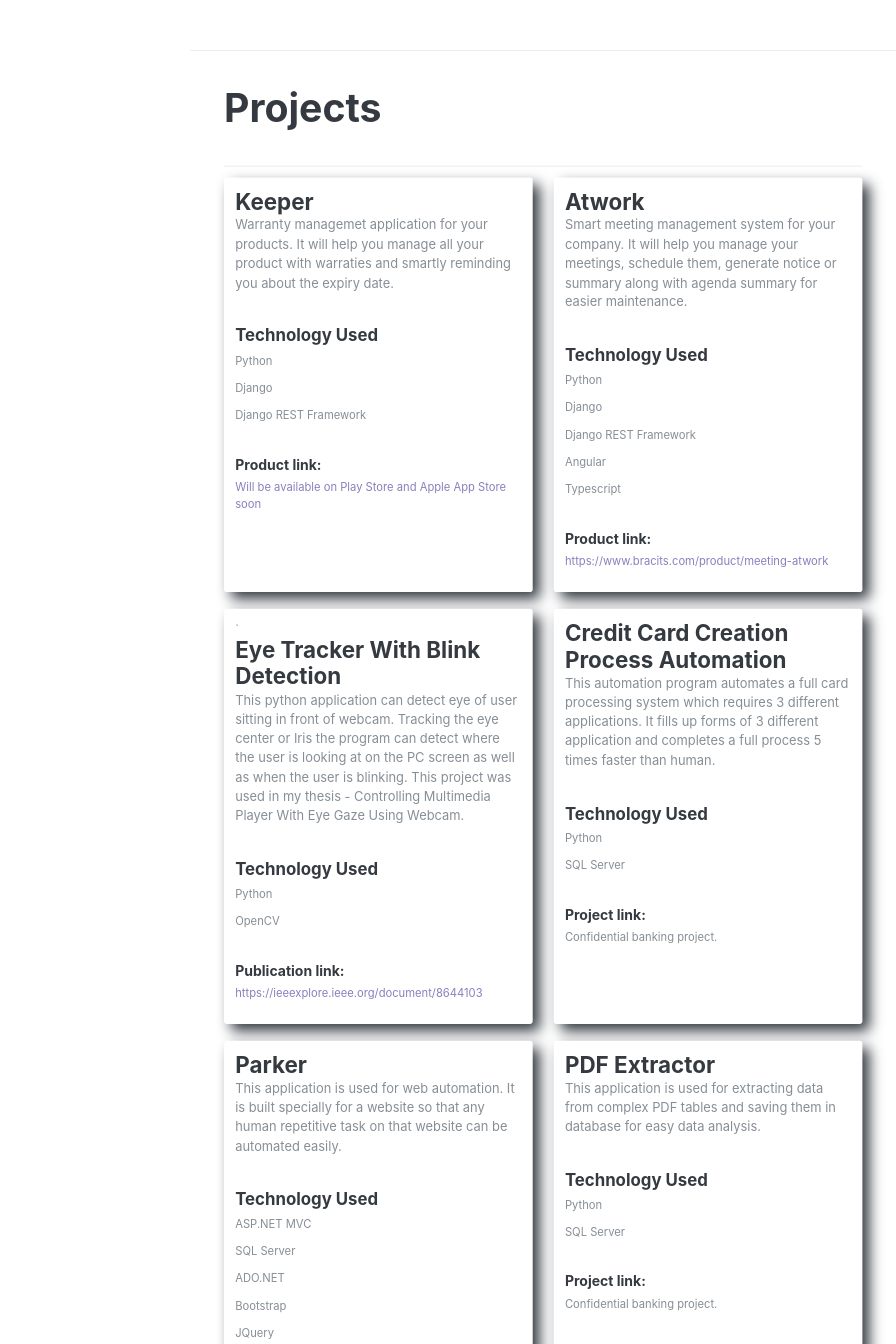
Repository: xahin96/xahin96.github.io
Page: index.html
These files come from the project's save history. The page is drawn as it stood at one moment and after the next save; the edit follows.
The browser window is 1280 px wide. The pictures show the part of the page from y = 3344 to 5264 px (the page is 5491 px tall), at 70% of full size.
Some web fonts or font styles are not loaded; a fallback is used.

Above is the page before, as saved 2024-04-27 12:46:04.

After the next save:
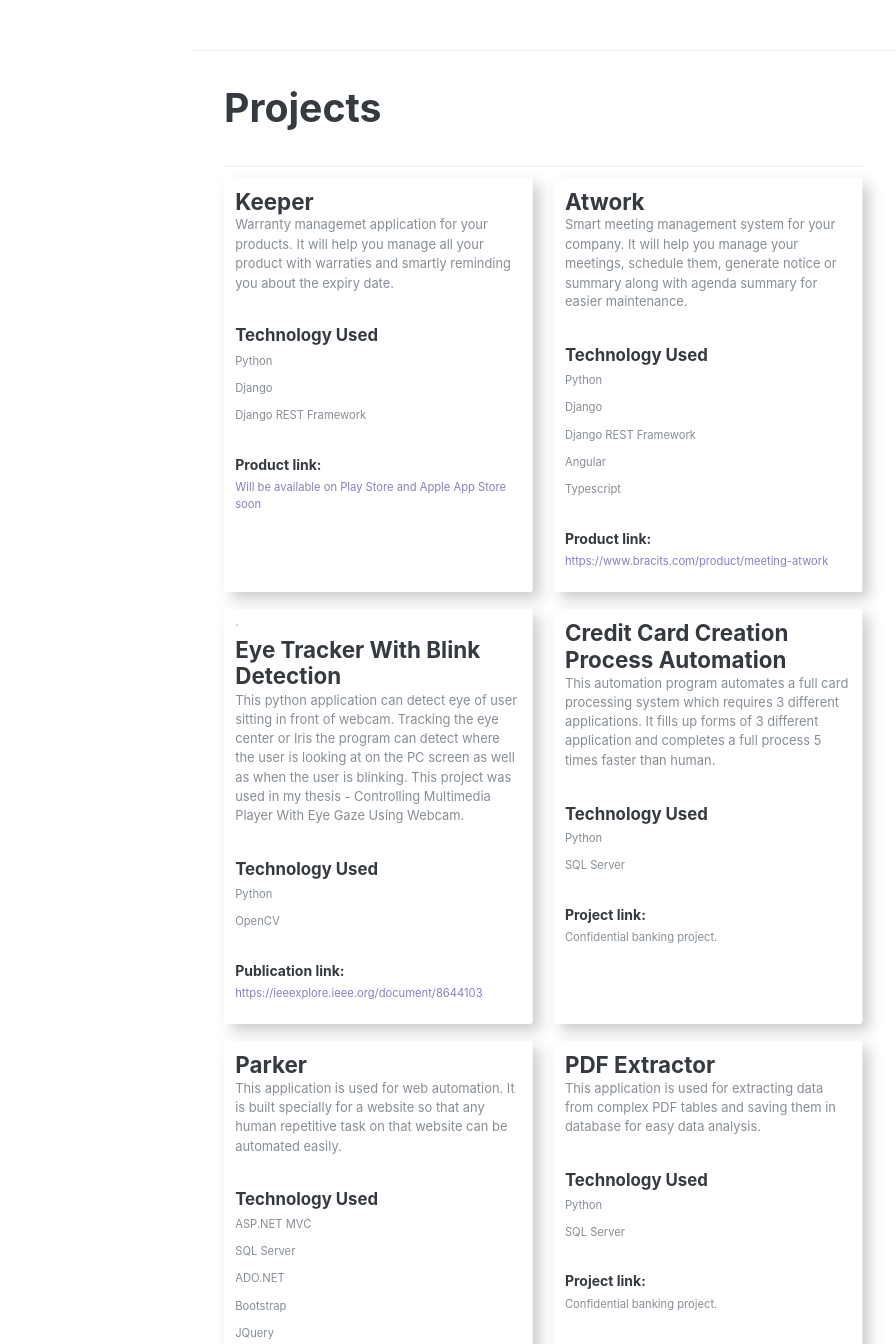
Saved 6 s later.
--- a/css/resume.css
+++ b/css/resume.css
@@ -215,6 +215,6 @@ a:hover, a:focus, a:active {
 .project .card{
   height: 100%;
   border: none;
-  box-shadow: 10px 10px 20px #343a40;
+  box-shadow: 10px 10px 20px #343a4040;
   /* background: red; */
 }
